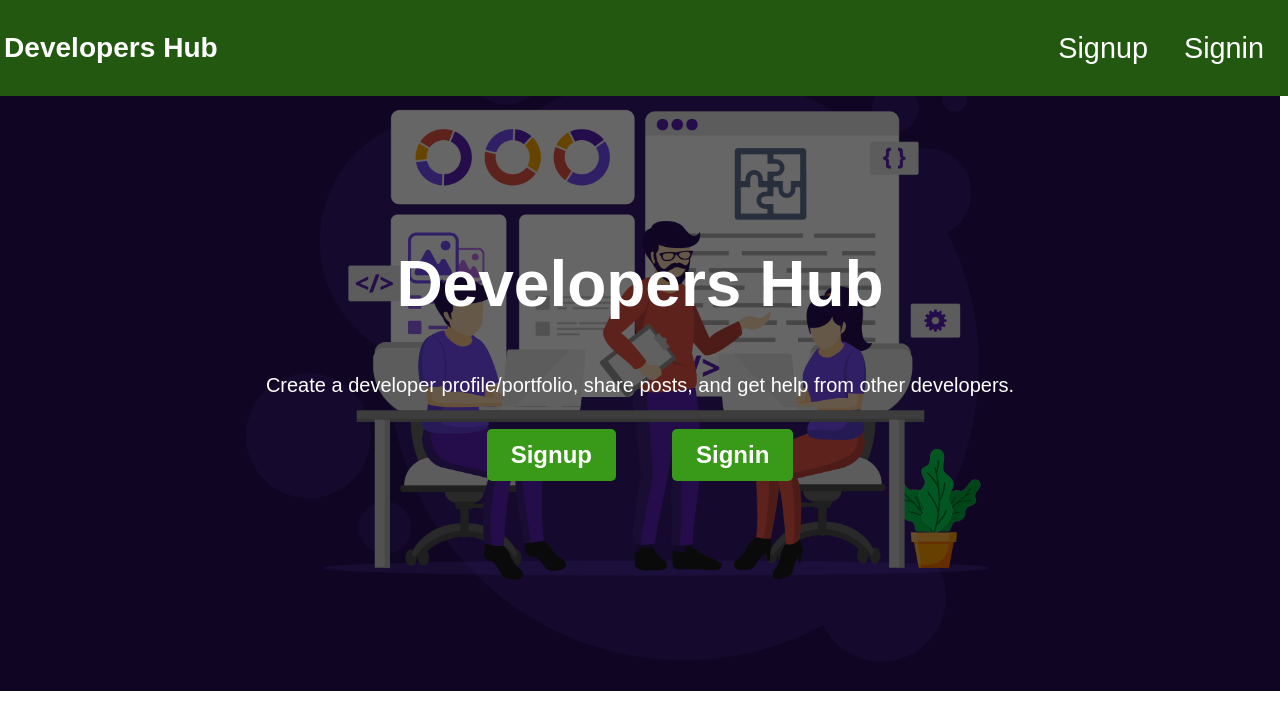
Repository: sayyad-mukthumsa-123/DevMania
Page: / (app in frontend/)
The author's editor kept a copy of each file at every save. The page is drawn from the files as they stood at one save, then again after the next save.
The browser window is 1280 px wide. The page is 1288 px wide, so the pictures cover 1288 px, including what lies to the right of the window. The pictures show the whole page.
The project was rebuilt for these pictures with package versions that can differ from the ones it lists, and the page was loaded fresh each time. Also part of the build but not shown: frontend/src/pages/login.js, frontend/src/pages/register.js, frontend/src/pages/Allprofiles.js, frontend/src/pages/MyProfile.js, frontend/src/pages/Indprofile.js.

Above is the page before, as saved 2025-02-28 23:40:44.

### frontend/public/index.html
<!-- public/index.html -->
<!DOCTYPE html>
<html lang="en">
<head>
  <meta charset="UTF-8">
  <meta name="viewport" content="width=device-width, initial-scale=1.0">
  <title>Developers Hub</title>
  <link rel="stylesheet" href="https://cdnjs.cloudflare.com/ajax/libs/font-awesome/5.15.3/css/all.min.css">
</head>
<body>
  <div id="root"></div>
</body>
</html>

### frontend/src/App.js
import React from 'react'
import {BrowserRouter,Route,Routes} from 'react-router-dom'
import Home from './pages/Home'
import Login from './pages/login'
import Register from './pages/register'
import Allprofiles from './pages/Allprofiles'
import MyProfile from './pages/MyProfile'
import Indprofile from './pages/Indprofile'

const App = () => {
  return (
    <div>

      <BrowserRouter>
      <Routes>
        <Route path='/' exact Component={Home}/>
        <Route path='/login' exact Component={Login}/>
        <Route path='/register' exact Component={Register}/>
        <Route path='/allprofiles' exact Component={Allprofiles}/>
        <Route path='/myprofile' exact Component={MyProfile}/>
        <Route path='/indprofile/:fullname/:email/:skill/:id' exact Component={Indprofile}/>
      </Routes>
      </BrowserRouter>
    </div>
  )
}

export default App

### frontend/src/pages/Home.js
import React from 'react';
import { Link } from 'react-router-dom';
import '../styles/styles.css';  // Adjust the path based on your file structure
import Navbar from './Navbar';

const Home = () => {
  return (
    <>
      <section className='landing' >
        <div className='dark-overlay'>
        <Navbar />
          <div className='landing-inner'>

            <h1 className='x-large'>Developers Hub</h1>
            <p className='lead'>
              Create a developer profile/portfolio, share posts, and get help from other developers.
            </p>
            <div className='buttons'>
              <Link to="/register" className="btn btn-auth">Signup</Link>
              <Link to="/login" className="btn btn-auth">Signin</Link>
            </div>
          </div>
        </div>
      </section>
    </>
  );
}
export default Home;

### frontend/src/styles/styles.css
/* General reset */
body, html {
  margin: 0;
  padding: 0;
  font-family: Arial, sans-serif;
  width: 100%;
  min-height: 100vh;

}

/* Navbar styles */
.navbar {
  display: flex;
  justify-content: space-between;
  align-items: center;
  padding: 4px;
  font-size: x-large;
  background-color: #22580f
}

.navbar h1 a {
  color: #ffffff;
  text-decoration: none;
}

.navbar ul {
  list-style: none;
  display: flex;
  margin: 0;
  padding: 10px;
  font-size: larger;
}
.navbar ul li
{
  padding: 10px;
  transition: all 0.3s ease;
}
.navbar ul li:hover
{
  transform: scale(1.2);
}
.navbar ul li {
  margin-left: 1rem;
}

.navbar ul li a {
  color: #ffffff;
  text-decoration: none;
}

/* Landing page styles */
/* .landing {
  height: 100%;
  display: flex;
  align-items: center;
  justify-content: center;
  color: black;
  position: relative;
}

.dark-overlay {
  position: absolute;
  top: 0;
  left: 0;
  right: 0;
  bottom: 0;
}

.landing-inner {
  text-align: center;
  z-index: 2;
  position: relative;
}

.x-large {
  font-size: 4rem;
}

.lead {
  font-size: 1.5rem;
  margin-bottom: 2rem;
  color: black;
}

.buttons .btn ,.btn{
  margin: 3rem 2rem;
  padding: 0.75rem 1.25rem;
  border: none;
  border-radius: 5px;
  cursor: pointer;
  text-decoration: none;
  font-size: x-large;
  background-color:#399918 ;
  color: #ffffff;
}


.btn-auth {
  transition: all 0.3s ease;
}
.btn-auth:hover
{
  transform: scale(1.1);
} */

.landing {
  height: 96vh;
  display: flex;
  align-items: center;
  justify-content: center;
  color: white;
  position: relative;
  background: url('../images/home.png') no-repeat center center/cover;
  text-align: center;
  flex-direction: column;
}

.dark-overlay {
  position: absolute;
  top: 0;
  left: 0;
  right: 0;
  bottom: 0;
  background: rgba(0, 0, 0, 0.6); /* Adds a dark overlay for better text visibility */
  display: flex;
  flex-direction: column;
  justify-content: center;
  align-items: center;
}

.landing-inner {
  text-align: center;
  z-index: 2;
  position: relative;
  padding: 2rem;
  max-width: 800px;
}

.x-large {
  font-size: 4rem;
  font-weight: bold;
}

.lead {
  font-size: 1.5rem;
  margin-bottom: 2rem;
}

.buttons {
  display: flex;
  justify-content: center;
  gap: 1.5rem;
}

.btn, .btn-auth {
  margin: 1rem;
  padding: 0.75rem 1.5rem;
  border: none;
  border-radius: 8px;
  cursor: pointer;
  text-decoration: none;
  font-size: 1.25rem;
  font-weight: bold;
  background-color: #399918;
  color: #ffffff;
  transition: all 0.3s ease;
}

.btn-auth:hover {
  transform: scale(1.1);
  background-color: #2e7d12;
}

/* Ensure Navbar stays at the top */
.navbar {
  position: absolute;
  top: 0;
  left: 0;
  width: 100%;
  z-index: 3;
}


/* Container styles */
.container {
  width: 700px;
  margin: 2rem auto;
  padding: 2rem;
  border: 2px solid #399918;
  color: black;
  border-radius: 8px;
  position: relative; /* To ensure proper z-index handling */
  z-index: 1; /* Ensures the container is above any background effects */
}

/* Form styles */
.form {


  display: flex;
  flex-direction: column;
}

.form-group {
  margin-bottom: 1.5rem;
}

.form-group input {
  width: 50%;
  padding: 0.75rem;
  font-size: 1rem;
  border: 1px solid black;
  border-radius: 5px;
  transition: border-color 0.3s ease-in-out, box-shadow 0.3s ease-in-out;
}

.form-group input:focus {
  border-color: #f6f7f9;
  box-shadow: 0 0 8px rgba(0, 123, 255, 0.3);
  outline: none;
}

.btn {
  display: inline-block;
  padding: 0.75rem 1.5rem;
  border: none;
  border-radius: 5px;
  cursor: pointer;
  text-decoration: none;
  font-size: 1.5rem;
  text-align: center;
}

/* .btn-primary {
  background-color: #007bff;
  color: #ffffff;
}

.btn-primary:hover {
  background-color: #0056b3;
  opacity: 0.9;
} */

/* .text-primary {
  color: #f6f8fb;
} */

.large {
  font-size: 2rem;
  margin-bottom: 1rem;
}

.lead {
  font-size: 1.25rem;
  margin-bottom: 1rem;
}

.error {
  color: red;
  margin-top: 1rem;
}

p {
  margin-top: 1rem;
}
.link-auth{
  color:#399918;
  text-decoration: none;
  cursor: pointer;
  padding-left:10px ;
  transition: all 0.3s ease;
  display: inline-block;
  font-size: large;
}
.link-auth:hover
{
  transform: scale(1.3);
}
/* Profiles styles */
.profiles {
  display: flex;
  flex-direction: column;
  gap: 1rem;
}

.profile {
  background-color: #f4f4f4;
  padding: 1rem;
  display: flex;
  align-items: center;
  border: 1px solid #ccc;
  box-shadow: 0 4px 8px rgba(0, 0, 0, 0.1);
  border-radius: 5px;
  margin-bottom: 1rem;
}

.profile .round-img {
  width: 100px;
  border-radius: 50%;
  margin-right: 1rem;
}

.profile-info {
  flex: 1;
}

.profile-info h2 {
  margin: 0 0 0.5rem 0;
}

.profile-info p {
  margin: 0.5rem 0;
}

.profile-info .btn {
  display: inline-block;
  background-color:#399918;
  color: #fff;
  padding: 0.5rem 1rem;
  text-decoration: none;
  border-radius: 0.25rem;
  margin-top: 0.5rem;
  transition: all 0.3s ease;
}

.profile-info .btn:hover {
  transform: scale(1.1);
  background-color:#399918;
}

.profile-skills {
  list-style: none;
  padding: 0;
  display: flex;
  flex-direction: column;
  gap: 0.5rem;
  margin-left: 1rem;
  color: black;
}

.profile-skills li {
  display: flex;
  align-items: center;
  color:greenyellow;
}

.profile-skills li i {
  margin-right: 0.5rem;
}

/* GitHub Section */
.profile-github {
  margin-top: 1rem;
}

.profile-github h2 {
  margin-bottom: 1rem;
}

.repo {
  background: #fff;
  padding: 1rem;
  margin-bottom: 1rem;
  border: 1px solid #ccc;
}

.repo h4 {
  margin: 0.5rem 0;
}

.repo p {
  margin: 0.5rem 0;
}

/* Form */
.form {
  margin-top: 1rem;
}

.form-group {
  margin-bottom: 1rem;
}

.form-group input {
  width: 100%;
  padding: 0.5rem;
  border: 1px solid #ccc;
  border-radius: 0.25rem;
}

.form-group input:focus {
  border-color: #007bff;
  outline: none;
}

/* .btn-primary {
  background: #007bff;
  color: #fff;
  border: none;
  padding: 0.5rem 1rem;
  cursor: pointer;
}

.btn-primary:hover {
  background: #0056b3;
} */

/* Profile Grid */
.profile-grid {
  display: grid;
  grid-template-columns: 1fr;
  grid-gap: 1rem;
  margin-top: 1rem;
}

.profile-top {
  background: #0a0a0a;
  color: #fff;
  padding: 1rem;
  text-align: center;
}

.profile-top img {
  width: 150px;
  border-radius: 50%;
}

.profile-top h1 {
  margin: 0.5rem 0;
}

.profile-top p {
  margin: 0.5rem 0;
}
a{
  color:aqua
}
 .white-text {
  color: black;
}
 .skill-text {
  /* background-color: #5e585c16;  */
  color: #c51414;
  padding: 10px 15px;
  border-radius: 5px;
  display: flex;
  align-items: center;
  font-size: 16px;
  margin-top: 2px;
  /* box-shadow: 0 2px 4px rgba(0, 0, 0, 0.1);  */
}


.skill-text i {
  color: #28a745;
  margin-right: 30px;
}
.taskprovider
{
  color:#28a745;
  text-decoration: none;
  font-size: xx-large;
}

### frontend/src/pages/Navbar.js
import React from 'react';
import { Link } from 'react-router-dom';
import '../styles/styles.css';
const Navbar = () => {
  return (
    <div>
        <nav className="navbar bg-dark">
        <h1>
          <Link to='/'> Developers Hub</Link>
        </h1>
        <ul>
          <li><Link to="/register">Signup</Link></li>
          <li><Link to="/login">Signin</Link></li>
        </ul>
      </nav>
    </div>
  )
}

export default Navbar

Loaded but not shown: frontend/src/index.js (common file); frontend/src/index.css (common file); frontend/src/reportWebVitals.js (common file)

After the next save:
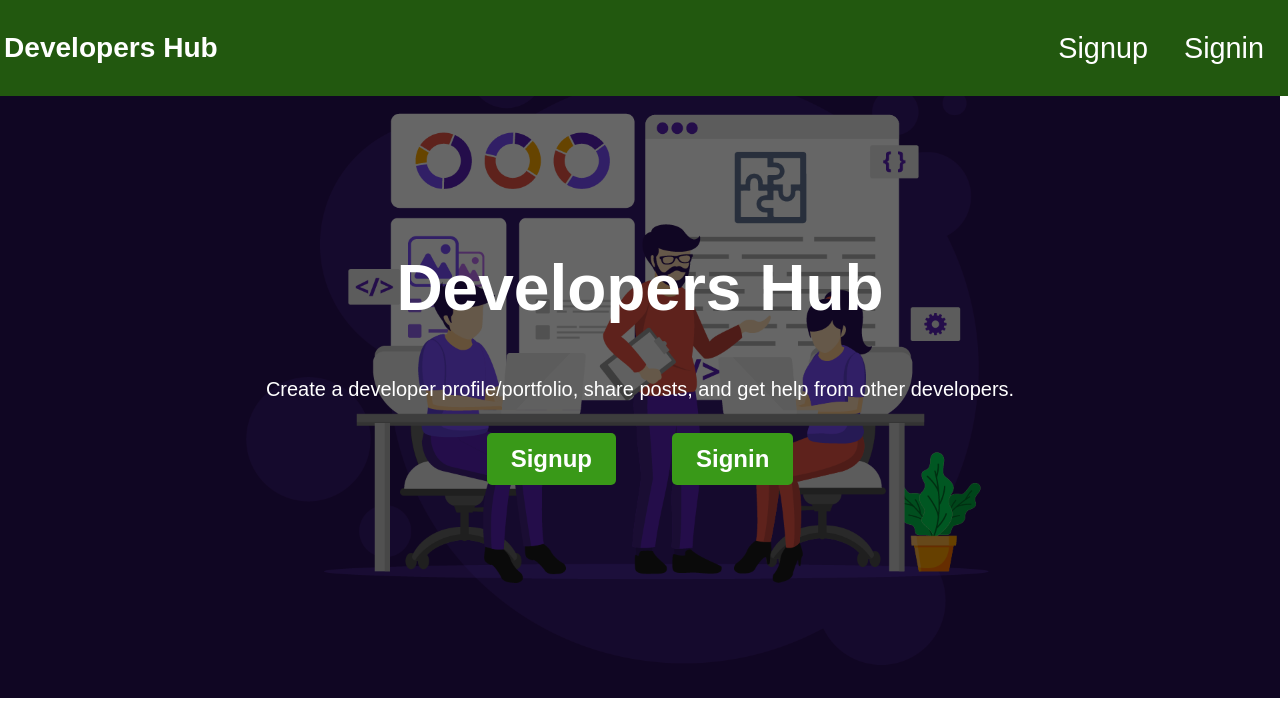
Saved 4 s later.
--- a/frontend/src/styles/styles.css
+++ b/frontend/src/styles/styles.css
@@ -104,7 +104,7 @@ body, html {
 } */
 
 .landing {
-  height: 96vh;
+  height: 97vh;
   display: flex;
   align-items: center;
   justify-content: center;
